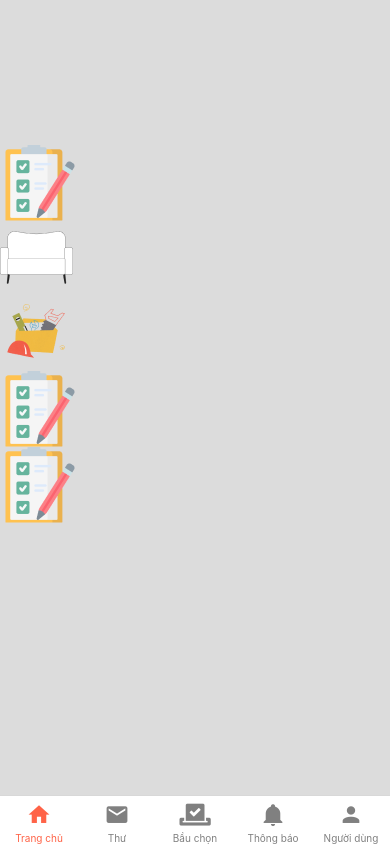
Repository: diepdung02/AppPTC
Page: /Home
An editor plug-in stored every save of this project. The page is shown before and after the next save, followed by the edit.
The browser window is 390 px wide. The pictures show the whole page.
The page's requests for data from a server got no answer. The app was drawn by React Native's web renderer in a window 390 px wide. The project was rebuilt for these pictures with package versions that can differ from the ones it lists, and the page was loaded fresh each time. No one was signed in, and anything a server would have sent is missing. Also part of the build but not shown: screen/home/MailScreen.tsx, screen/home/NotificationScreen.tsx, screen/home/UserScreen.tsx, screen/home/VoteScreen.tsx. Imported but missing from the stored project, and not drawn on this page: assets.

Above is the page before, as saved 2024-06-30 15:15:20.

### App.tsx
// App.tsx

import React from 'react';
import { NavigationContainer } from '@react-navigation/native';
import { createStackNavigator } from '@react-navigation/stack';
import { LoginScreen, HomeScreen, NotificationScreen, UserScreen, MailScreen, VoteScreen } from './screen/index';
import { createBottomTabNavigator } from '@react-navigation/bottom-tabs';
import { MaterialCommunityIcons, FontAwesome5 } from '@expo/vector-icons'; // Sử dụng MaterialCommunityIcons từ expo/vector-icons

const Stack = createStackNavigator();
const Tab = createBottomTabNavigator();

const HomeTabNavigator: React.FC = () => {
  return (
    <Tab.Navigator
      initialRouteName="HomeTab"
      screenOptions={{
        tabBarActiveTintColor: 'tomato',
        tabBarInactiveTintColor: 'gray',
        tabBarStyle: { display: 'flex' },
      }}
    >
      <Tab.Screen
        name="HomeTab"
        component={HomeScreen}
        options={{
          headerShown: false,
          tabBarLabel: 'Trang chủ',
          tabBarIcon: ({ color, size }) => (
            <MaterialCommunityIcons name="home" color={color} size={size} />
          ),
        }}
      />

      <Tab.Screen
        name="Mail"
        component={MailScreen}
        options={{
          headerShown: false,
          tabBarLabel: 'Thư',
          tabBarIcon: ({ color, size }) => (
            <MaterialCommunityIcons name="email" color={color} size={size} />
          ),
        }}
      />

      <Tab.Screen
        name="Vote"
        component={VoteScreen}
        options={{
          headerShown: false,
          tabBarLabel: 'Bầu chọn',
          tabBarIcon: ({ color, size }) => (
            <FontAwesome5 name="vote-yea" color={color} size={size} />
          ),
        }}
      />

      <Tab.Screen
        name="Notifications"
        component={NotificationScreen}
        options={{
          headerShown: false,
          tabBarLabel: 'Thông báo',
          tabBarIcon: ({ color, size }) => (
            <MaterialCommunityIcons name="bell" color={color} size={size} />
          ),
        }}
      />
      <Tab.Screen
        name="User"
        component={UserScreen}
        options={{
          headerShown: false,
          tabBarLabel: 'Người dùng',
          tabBarIcon: ({ color, size }) => (
            <MaterialCommunityIcons name="account" color={color} size={size} />
          ),
        }}
      />
    </Tab.Navigator>
  );
}

const App: React.FC = () => {
  return (
    <NavigationContainer>
      <Stack.Navigator initialRouteName="Login">
        <Stack.Screen name="Login" component={LoginScreen} options={{ headerShown: false }} />
        <Stack.Screen name="Home" component={HomeTabNavigator} options={{ headerShown: false }} />
      </Stack.Navigator>
    </NavigationContainer>
  );
};

export default App;

### screen/index.tsx
import LoginScreen from './auth/LoginScreen';
import HomeScreen from './home/HomeScreen';
// screen/index.tsx

export { default as MailScreen } from './home/MailScreen';
export { default as NotificationScreen } from './home/NotificationScreen';
export { default as UserScreen } from './home/UserScreen';
export { default as VoteScreen } from './home/VoteScreen';


export{
    LoginScreen,
    HomeScreen,

}

### screen/auth/LoginScreen.tsx
// LoginScreen.tsx
import React, { useState, useEffect } from 'react';
import { View, TextInput, StyleSheet, TouchableOpacity, Text, Image } from 'react-native';
import { FontAwesome, MaterialIcons } from '@expo/vector-icons';
import { Formik } from 'formik';
import * as Yup from 'yup';
import AsyncStorage from '@react-native-async-storage/async-storage';
import COLORS from '../../constants/Color';
import { login, ApiResponse } from '../../API'; // Import API functions

type LoginProps = {
  navigation: any;
};

type FormValues = {
  username: string;
  password: string;
};

const LoginScreen: React.FC<LoginProps> = ({ navigation }) => {
  const [hidePassword, setHidePassword] = useState<boolean>(true);
  const [rememberPassword, setRememberPassword] = useState<boolean>(false);

  useEffect(() => {
    const checkRememberPassword = async () => {
      try {
        const savedPassword = await AsyncStorage.getItem('password');
        if (savedPassword) {
          setRememberPassword(true);
        }
      } catch (error) {
        console.error('Error reading password from AsyncStorage:', error);
      }
    };
    checkRememberPassword();
  }, []);

  const togglePasswordVisibility = () => {
    setHidePassword(!hidePassword);
  };

  const handleLogin = async (values: FormValues) => {
    try {
      const { username, password } = values;
      const response: ApiResponse<any> = await login({ username, password });
      if (response.success) {
        // Xử lý khi đăng nhập thành công
        alert('Đăng nhập thành công!');
        navigation.navigate('Home');
      } else {
        // Xử lý khi đăng nhập thất bại
        alert('Đăng nhập thất bại! ' + response.error);
      }
    } catch (error) {
      console.error('Error logging in:', error);
      alert('Đăng nhập thất bại! Vui lòng thử lại.');
    }
  };

  const validationSchema = Yup.object({
    username: Yup.string().required('Chưa nhập tên đăng nhập'),
    password: Yup.string().required('Chưa nhập mật khẩu'),
  });

  return (
    <Formik
      initialValues={{
        username: '',
        password: '',
      }}
      validationSchema={validationSchema}
      onSubmit={(values) => handleLogin(values)}
    >
      {({ values, touched, errors, handleChange, handleSubmit, handleBlur }) => (
        <View style={styles.container}>
          <Image source={require('../../assets/logo.png')} style={styles.logo} />
          <View style={styles.inputContainer}>
            <FontAwesome name="user" size={20} color="black" />
            <TextInput
              style={styles.textInput}
              placeholder="Username"
              value={values.username}
              onChangeText={handleChange('username')}
              onBlur={handleBlur('username')}
            />
          </View>
          {touched.username && errors.username && (
            <Text style={styles.errorText}>{errors.username}</Text>
          )}

          <View style={styles.inputContainer}>
            <FontAwesome name="lock" size={20} color="black" />
            <TextInput
              style={styles.textInput}
              placeholder="Password"
              secureTextEntry={hidePassword}
              value={values.password}
              onChangeText={handleChange('password')}
              onBlur={handleBlur('password')}
            />
            <TouchableOpacity onPress={togglePasswordVisibility}>
              <MaterialIcons
                name={hidePassword ? 'visibility-off' : 'visibility'}
                size={20}
                color="black"
              />
            </TouchableOpacity>
          </View>
          {touched.password && errors.password && (
            <Text style={styles.errorText}>{errors.password}</Text>
          )}

          <TouchableOpacity style={styles.loginButton} onPress={handleSubmit as any}>
            <Text style={styles.buttonText}>Login</Text>
          </TouchableOpacity>
          <TouchableOpacity onPress={() => navigation.navigate('ForgotPassword')}>
            <Text style={styles.forgotPasswordText}>Forgot Password?</Text>
          </TouchableOpacity>
        </View>
      )}
    </Formik>
  );
};

const styles = StyleSheet.create({
  container: {
    flex: 1,
    backgroundColor: COLORS.colorMain,
    alignItems: 'center',
    justifyContent: 'center',
  },
  logo: {
    width: 150,
    height: 150,
    marginBottom: 50,
  },
  inputContainer: {
    flexDirection: 'row',
    alignItems: 'center',
    backgroundColor: '#FFFFFF',
    borderRadius: 5,
    width: '80%',
    marginBottom: 20,
    padding: 10,
  },
  textInput: {
    flex: 1,
    marginLeft: 10,
  },
  loginButton: {
    backgroundColor: COLORS.blue,
    width: '80%',
    padding: 15,
    borderRadius: 5,
    alignItems: 'center',
  },
  buttonText: {
    color: 'white',
    fontSize: 16,
  },
  forgotPasswordText: {
    color: '#005A8C',
    marginTop: 20,
  },
  errorText: {
    color: 'red',
    fontSize: 12,
    marginBottom: 20,
  },
});

export default LoginScreen;

### screen/home/HomeScreen.tsx
import React, { useEffect, useState } from 'react';
import { View, Text, Image, StyleSheet, SafeAreaView,FlatList } from 'react-native';
import COLORS from '../../constants/Color';
import { ApiResponse, fetchUser } from '../../API'; // Điều chỉnh đường dẫn để phù hợp với cấu trúc tệp của bạn

const HomeScreen: React.FC = () => {
  const [userData, setUserData] = useState<any>({});

  useEffect(() => {
    const fetchUserData = async () => {
      const userId = '1'; // Thay thế với userId thực tế hoặc lấy động
      const response: ApiResponse<any> = await fetchUser(userId);
      if (response.success) {
        setUserData(response.data); // Giả định API trả về một đối tượng có các thuộc tính 'name' và 'dept'
      } else {
        console.error('Lỗi khi lấy dữ liệu người dùng:', response.error);
      }
    };

    fetchUserData();
  }, []);

  return (
    <SafeAreaView style={styles.container}>
      <View style={styles.inforContainer}>
        <Image source={{ uri: userData.avatar }} style={styles.avatar} />
        <View style={styles.txtInfor}>
          <Text style={styles.txtName}>{userData.name}</Text>
          <Text style={styles.txtDept}>{userData.dept}</Text>
        </View>
      </View>
      <View>
        <Image source={require('../../assets/check .png')}/>
        <Image source={require('../../assets/Product.png')}/>
        <Image source={require('../../assets/Output.png')}/>
        <Image source={require('../../assets/')}/>
        <Image source={require('../../assets/check .png')}/>
        <Image source={require('../../assets/check .png')}/>
      </View>
    </SafeAreaView>
  );
};

const styles = StyleSheet.create({
  container:{
    flex:1,
    backgroundColor:COLORS.colorMain,
  },
  avatar:{
    width:75,
    height:75,
    marginTop:70,
    marginLeft:20,
  },
  inforContainer:{
    flexDirection:"row",
    alignItems:"center"
  },
  txtInfor:{
    marginTop:70,
    paddingLeft:10,
  },
  txtName:{
    fontSize:20
  },
  txtDept:{
    fontSize:18
  }
});

export default HomeScreen;

### constants/Color.tsx
const COLORS = {
    colorMain:"#DCDCDC",
    blue: "#09648C"

  };
  export default COLORS;

### API.ts
// api.ts
export interface ApiResponse<T> {
  success: boolean;
  data?: T;
  error?: string;
}

export const fetchData = async (): Promise<ApiResponse<any>> => {
  try {
    const response = await fetch('https://668100b656c2c76b495d38a8.mockapi.io/PTC');
    if (!response.ok) {
      throw new Error('Network response was not ok');
    }
    const data = await response.json();
    return { success: true, data };
  } catch (error) {
    console.error('Error fetching data:', error);
    return { success: false, error: 'Error fetching data' };
  }
};

export interface LoginRequest {
  username: string;
  password: string;
}

export const login = async ({ username, password }: LoginRequest): Promise<ApiResponse<any>> => {
  try {
    const response = await fetch('https://668100b656c2c76b495d38a8.mockapi.io/PTC', {
      method: 'POST',
      headers: {
        'Content-Type': 'application/json',
      },
      body: JSON.stringify({ username, password }),
    });
    if (!response.ok) {
      throw new Error('Network response was not ok');
    }
    const data = await response.json();
    return { success: true, data };
  } catch (error) {
    console.error('Error logging in:', error);
    return { success: false, error: 'Error logging in' };
  }
};

export interface User {
  id: string;
  name: string;
  avatar: string;
  dept: string;
}

export const fetchUser = async (userId: string): Promise<ApiResponse<User>> => {
  try {
    const response = await fetch(`https://668100b656c2c76b495d38a8.mockapi.io/PTC/${userId}`);
    if (!response.ok) {
      throw new Error('Network response was not ok');
    }
    const data = await response.json();
    return { success: true, data };
  } catch (error) {
    console.error('Error fetching user data:', error);
    return { success: false, error: 'Error fetching user data' };
  }
};

After the next save:
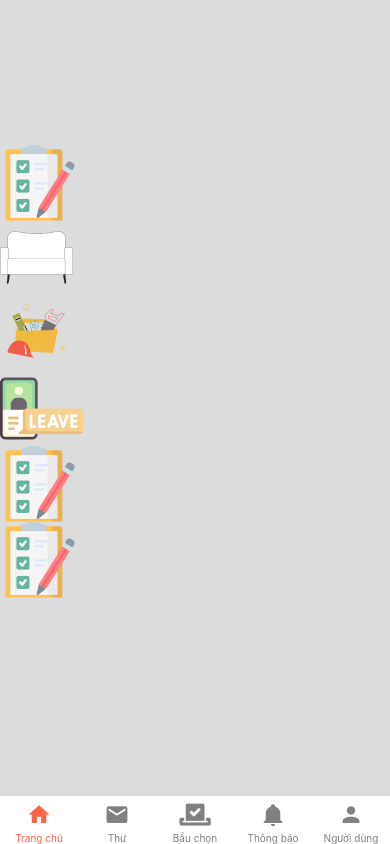
Saved 4 s later.
--- a/screen/home/HomeScreen.tsx
+++ b/screen/home/HomeScreen.tsx
@@ -33,7 +33,7 @@ const HomeScreen: React.FC = () => {
         <Image source={require('../../assets/check .png')}/>
         <Image source={require('../../assets/Product.png')}/>
         <Image source={require('../../assets/Output.png')}/>
-        <Image source={require('../../assets/')}/>
+        <Image source={require('../../assets/leave 1.png')}/>
         <Image source={require('../../assets/check .png')}/>
         <Image source={require('../../assets/check .png')}/>
       </View>
